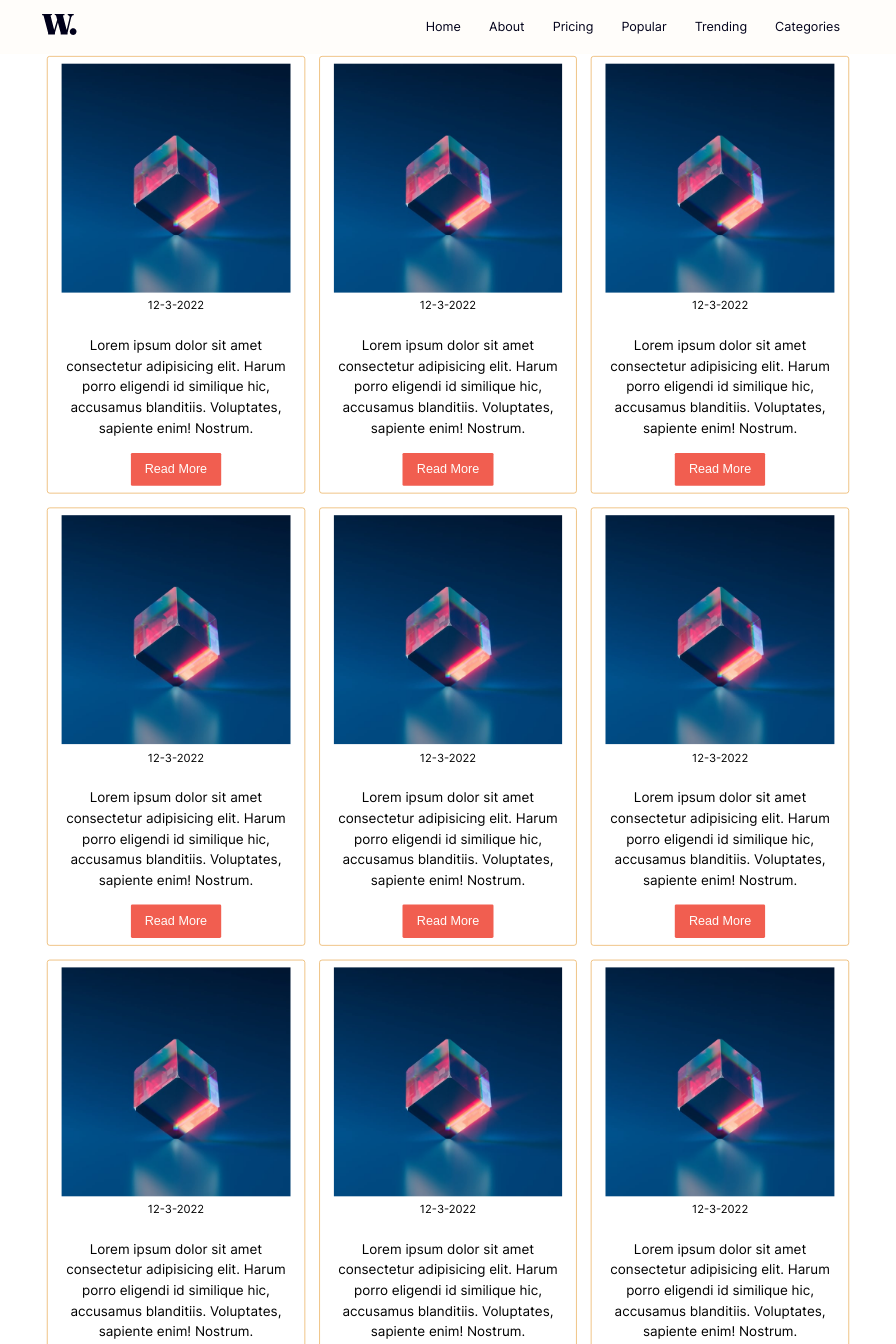
Repository: Benedict-Anthony/web3.0-blog-chain
Page: /trending
These files come from the project's save history. The page is drawn as it stood at one moment and after the next save; the edit follows.
The browser window is 1280 px wide. The pictures show the part of the page from y = 0 to 1920 px (the page is 2642 px tall before and 2543 px after), at 70% of full size.
The project was rebuilt for these pictures with package versions that can differ from the ones it lists, and the page was loaded fresh each time. The framework's server and built-in components were replaced by stand-ins that run in the browser. Also part of the build but not shown: next.config.js, styles/styles.css.

Above is the page before, as saved 2022-12-20 08:59:25.

After the next save:
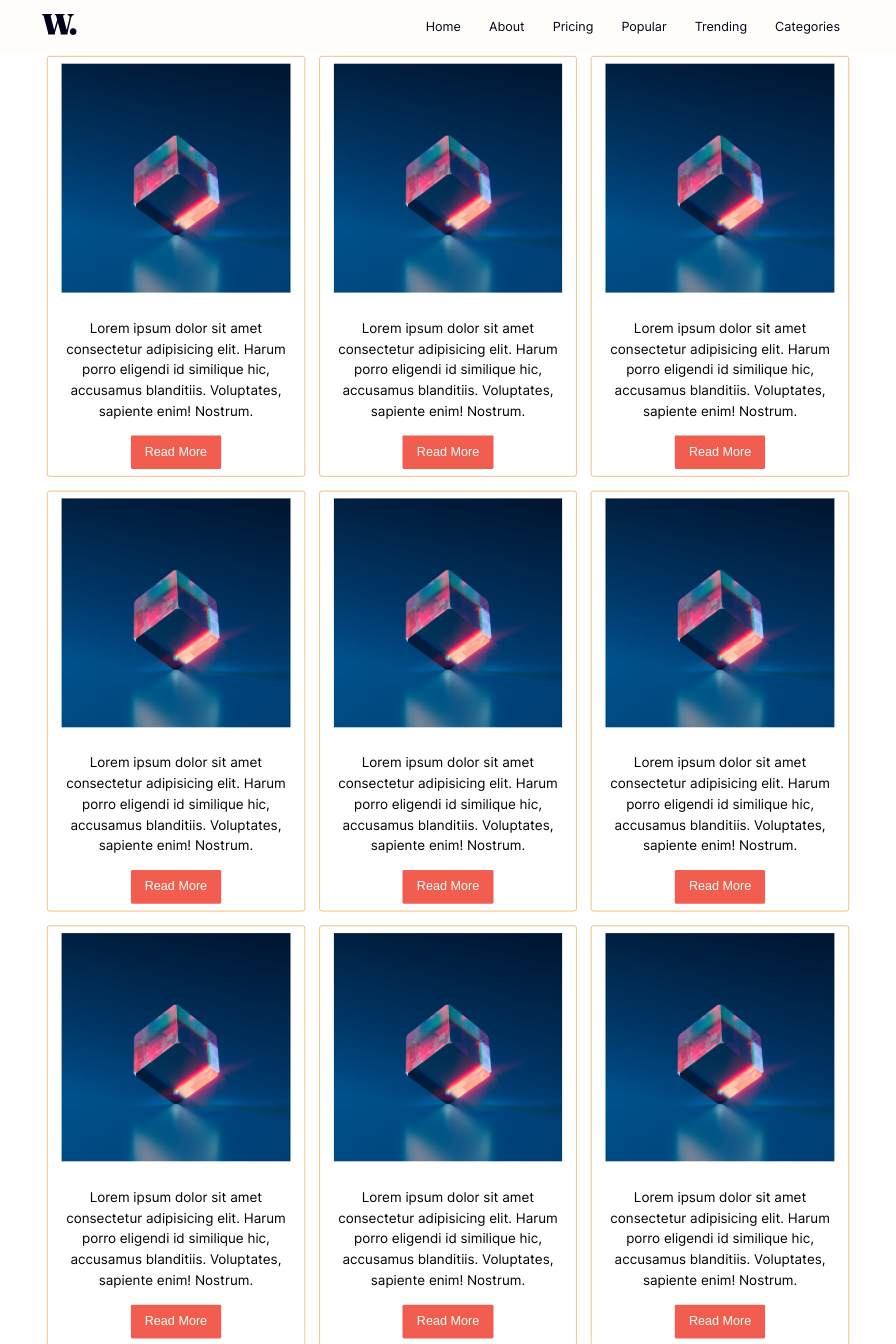
Saved 12 s later.
--- a/styles/Trending.module.scss
+++ b/styles/Trending.module.scss
@@ -6,6 +6,13 @@
         img{
             width: 100%;
         }
+        span{
+            font-size: 1.1rem;
+            color: var(--SoftRed);
+            position: absolute;
+            top: 2px;
+            left: 2px;
+       }
     }
 
     div{
